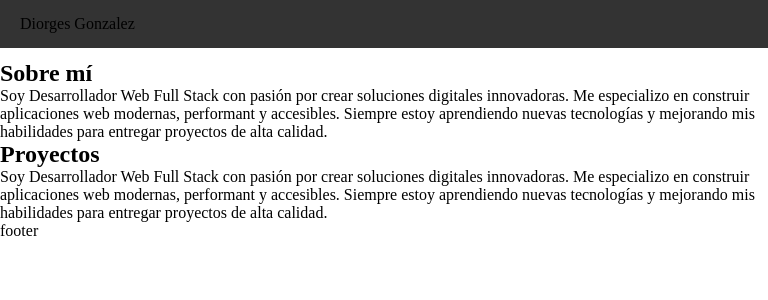
Repository: DenLion09/DenLion09.dots
Page: javascipt_withow_filter/basic/ejercisios/portfolio2/index.html
These files come from the project's save history. The page is drawn as it stood at one moment and after the next save; the edit follows.
The browser window is 768 px wide. The pictures show the whole page.

Above is the page before, as saved 2026-05-17 23:35:17.

### javascipt_withow_filter/basic/ejercisios/portfolio2/index.html
<!doctype html>
<html lang="es">
  <head>
    <meta charset="UTF-8" />
    <meta name="viewport" content="width=device-width, initial-scale=1.0" />
    <link rel="stylesheet" href="style.css" />
    <link rel="script" href="App.js" />
    <title>Document</title>
  </head>
  <body>
    <header>
      <p>Diorges Gonzalez</p>
      <button class="menu-toggle">☰</button>
      <nav class="nav-links">
        <a href="#inicio">Inicio</a>
        <a href="#sobre-mi">sobre mi</a>
        <a href="#proyectos">Proyectos</a>
        <a href="#contacto">Pontacto</a>
      </nav>
    </header>
    <section id="sobre-mi">
      <h2>Sobre mí</h2>
      <p>
        Soy Desarrollador Web Full Stack con pasión por crear soluciones
        digitales innovadoras. Me especializo en construir aplicaciones web
        modernas, performant y accesibles. Siempre estoy aprendiendo nuevas
        tecnologías y mejorando mis habilidades para entregar proyectos de alta
        calidad.
      </p>
    </section>
    <section id="proyectos">
      <h2>Proyectos</h2>
      <p>
        Soy Desarrollador Web Full Stack con pasión por crear soluciones
        digitales innovadoras. Me especializo en construir aplicaciones web
        modernas, performant y accesibles. Siempre estoy aprendiendo nuevas
        tecnologías y mejorando mis habilidades para entregar proyectos de alta
        calidad.
      </p>
    </section>
    <footer>
      <p>footer</p>
    </footer>
  </body>
</html>

### javascipt_withow_filter/basic/ejercisios/portfolio2/style.css
* {
  margin: 0%;
  padding: 0%;
  box-sizing: border-box;
}

body {
  padding-top: 60px;
}

header {
  position: fixed;
  top: 0;
  width: 100%;
  background: #333;
  padding: 15px 20px;
  transition: all 0.3s ease;
}

header.scrolled {
  background: #222;
  box-shadow: 0 2px 10px rgba(0, 0, 0, 3);
}

nav {
  color: white;
  text-decoration: none;
  margin-right: 20px;
}

nav:hover {
  color: #f39c12;
}

.menu-toggle {
  display: none;
  background: none;
  border: none;
  color: white;
  font-size: 24px;
  cursor: pointer;
}

@media (max-whidth: 769px) {
  .menu-toggle {
    display: block;
  }
}

.nav-links {
  display: none;
  flex-direction: column;
  background: #333;
  position: absolute;
  top: 100%;
  left: 0;
  width: 100%;
  padding: 20px;
}

.nav-links.active {
  display: flex;
}

.nav-links a {
  margin: 10px;
}

html {
  scroll-behavior: smooth;
}

After the next save:
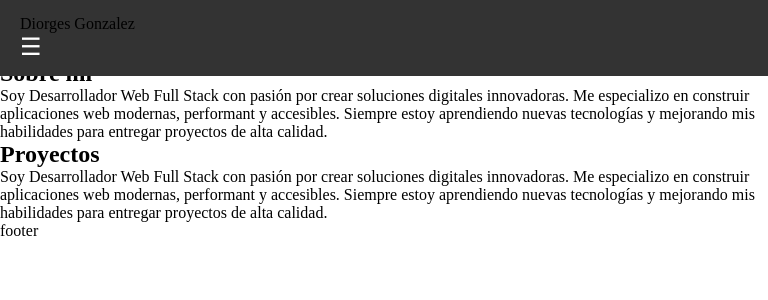
Saved 3 min 7 s later.
--- a/javascipt_withow_filter/basic/ejercisios/portfolio2/style.css
+++ b/javascipt_withow_filter/basic/ejercisios/portfolio2/style.css
@@ -41,14 +41,13 @@ nav:hover {
   cursor: pointer;
 }
 
-@media (max-whidth: 769px) {
+@media (max-width: 769px) {
   .menu-toggle {
     display: block;
   }
-}
 
-.nav-links {
-  display: none;
+  .nav-links {
+    display: none;
   flex-direction: column;
   background: #333;
   position: absolute;
@@ -56,6 +55,10 @@ nav:hover {
   left: 0;
   width: 100%;
   padding: 20px;
+  }
+}
+
+
 }
 
 .nav-links.active {
